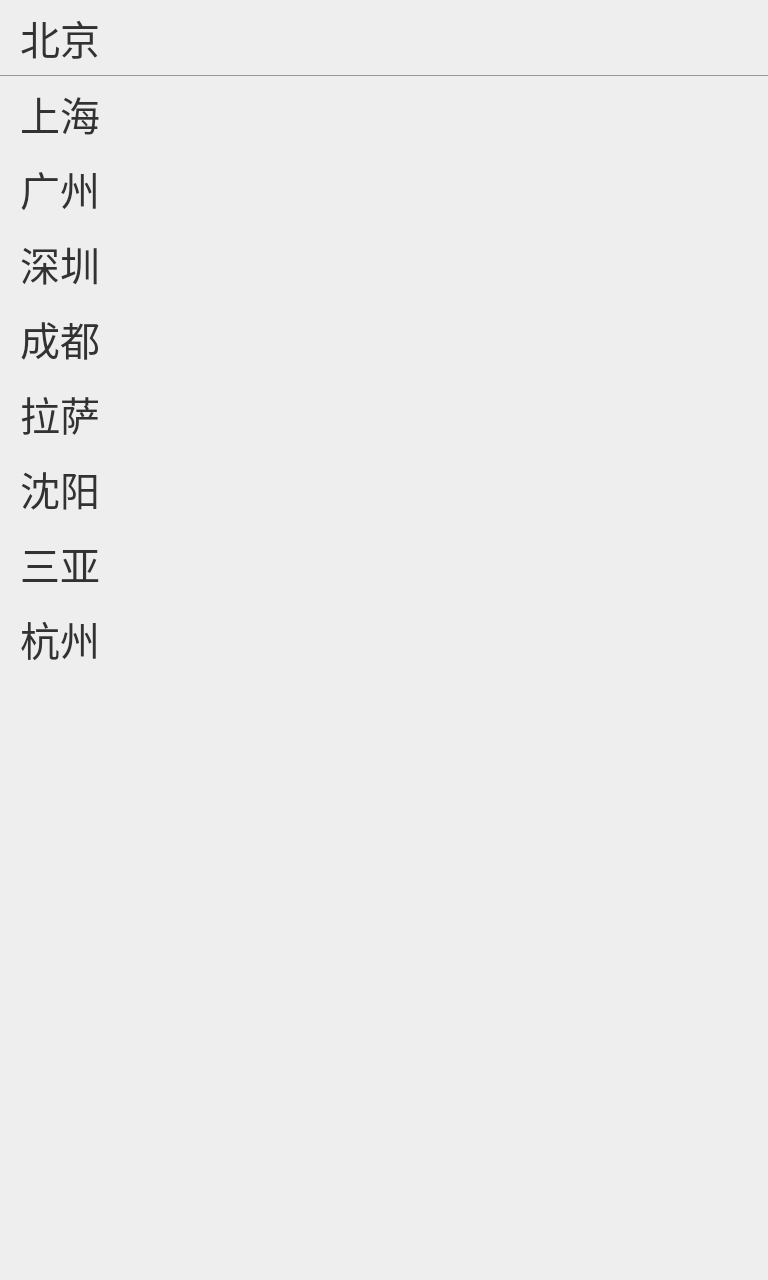
Repository: xuelang201201/Android
Layout: Android网络/天气预报/res/layout/menu.xml
The author's editor kept a copy of each file at every save. The layout is drawn from the files as they stood at one save, then again after the next save.
It is drawn on a 768 x 1280 px phone screen (xhdpi) without system bars, with theme AppBaseTheme; the app's code is not run.

Above is the layout before, as saved 2016-03-30 07:12:13.

### Android网络/天气预报/res/layout/menu.xml
<?xml version="1.0" encoding="utf-8"?>
<LinearLayout xmlns:android="http://schemas.android.com/apk/res/android"
    android:layout_width="match_parent"
    android:layout_height="match_parent"
    android:background="#eeeeee"
    android:orientation="vertical" >

    <TextView
        android:id="@+id/tv_menu_bj"
        android:layout_width="match_parent"
        android:layout_height="wrap_content"
        android:clickable="true"
        android:onClick="setCity"
        android:paddingBottom="4dp"
        android:paddingLeft="10dp"
        android:paddingTop="4dp"
        android:text="北京"
        android:textSize="20sp" />

    <TextView
        android:background="#999999"
        android:layout_width="match_parent"
        android:layout_height="0.5dp" />

    <TextView
        android:id="@+id/tv_menu_sh"
        android:layout_width="match_parent"
        android:layout_height="wrap_content"
        android:clickable="true"
        android:onClick="setCity"
        android:paddingBottom="4dp"
        android:paddingLeft="10dp"
        android:paddingTop="4dp"
        android:text="上海"
        android:textSize="20sp" />

    <TextView
        android:id="@+id/tv_menu_gz"
        android:layout_width="match_parent"
        android:layout_height="wrap_content"
        android:clickable="true"
        android:onClick="setCity"
        android:paddingBottom="4dp"
        android:paddingLeft="10dp"
        android:paddingTop="4dp"
        android:text="广州"
        android:textSize="20sp" />

    <TextView
        android:id="@+id/tv_menu_sz"
        android:layout_width="match_parent"
        android:layout_height="wrap_content"
        android:clickable="true"
        android:onClick="setCity"
        android:paddingBottom="4dp"
        android:paddingLeft="10dp"
        android:paddingTop="4dp"
        android:text="深圳"
        android:textSize="20sp" />

    <TextView
        android:id="@+id/tv_menu_cd"
        android:layout_width="match_parent"
        android:layout_height="wrap_content"
        android:clickable="true"
        android:onClick="setCity"
        android:paddingBottom="4dp"
        android:paddingLeft="10dp"
        android:paddingTop="4dp"
        android:text="成都"
        android:textSize="20sp" />

    <TextView
        android:id="@+id/tv_menu_ls"
        android:layout_width="match_parent"
        android:layout_height="wrap_content"
        android:clickable="true"
        android:onClick="setCity"
        android:paddingBottom="4dp"
        android:paddingLeft="10dp"
        android:paddingTop="4dp"
        android:text="拉萨"
        android:textSize="20sp" />

    <TextView
        android:id="@+id/tv_menu_sy"
        android:layout_width="match_parent"
        android:layout_height="wrap_content"
        android:clickable="true"
        android:onClick="setCity"
        android:paddingBottom="4dp"
        android:paddingLeft="10dp"
        android:paddingTop="4dp"
        android:text="沈阳"
        android:textSize="20sp" />

    <TextView
        android:id="@+id/tv_menu_sanya"
        android:layout_width="match_parent"
        android:layout_height="wrap_content"
        android:clickable="true"
        android:onClick="setCity"
        android:paddingBottom="4dp"
        android:paddingLeft="10dp"
        android:paddingTop="4dp"
        android:text="三亚"
        android:textSize="20sp" />

    <TextView
        android:id="@+id/tv_menu_hz"
        android:layout_width="match_parent"
        android:layout_height="wrap_content"
        android:clickable="true"
        android:onClick="setCity"
        android:paddingBottom="4dp"
        android:paddingLeft="10dp"
        android:paddingTop="4dp"
        android:text="杭州"
        android:textSize="20sp" />

</LinearLayout>

Loaded but not shown: Android网络/天气预报/res/values-v11/styles.xml (common file); Android网络/天气预报/res/values-v14/styles.xml (common file); Android网络/天气预报/res/values/styles.xml (common file)

After the next save:
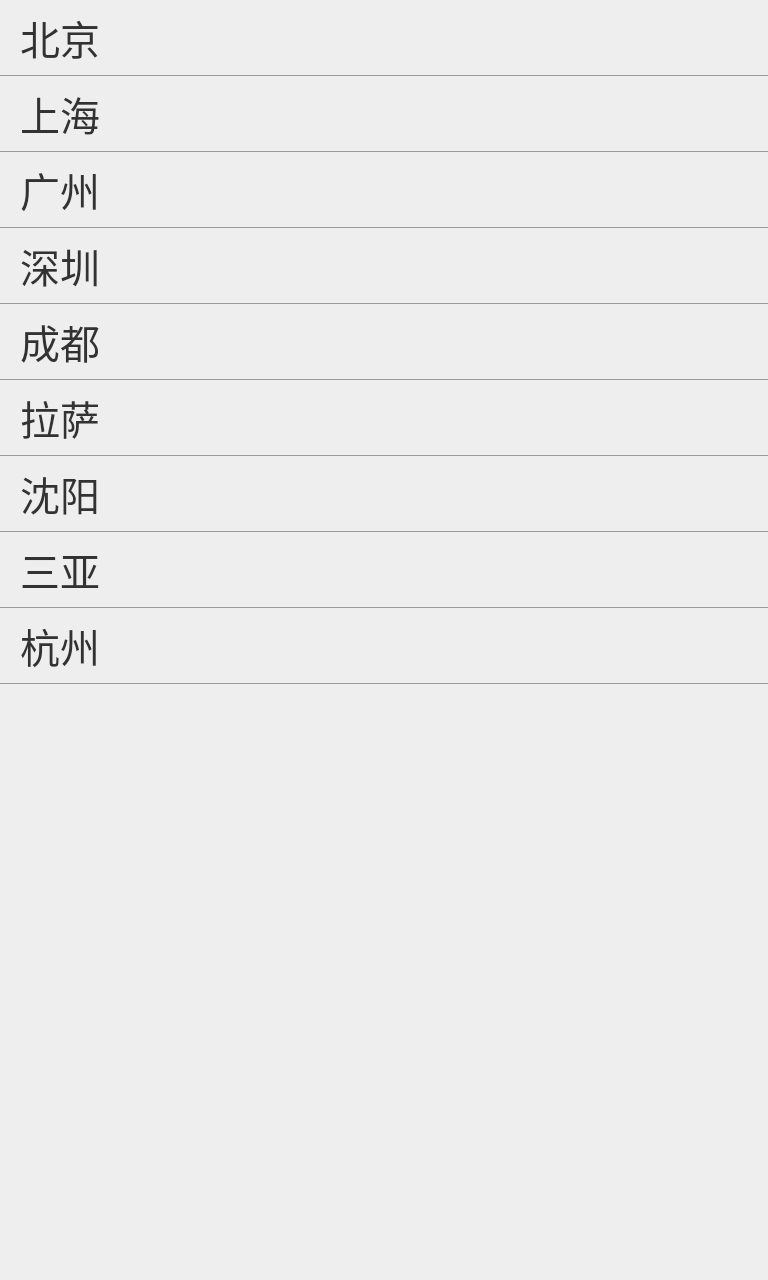
Saved 36 s later.
--- a/Android网络/天气预报/res/layout/menu.xml
+++ b/Android网络/天气预报/res/layout/menu.xml
@@ -18,9 +18,9 @@
         android:textSize="20sp" />
 
     <TextView
-        android:background="#999999"
         android:layout_width="match_parent"
-        android:layout_height="0.5dp" />
+        android:layout_height="0.5dp"
+        android:background="#999999" />
 
     <TextView
         android:id="@+id/tv_menu_sh"
@@ -35,6 +35,11 @@
         android:textSize="20sp" />
 
     <TextView
+        android:layout_width="match_parent"
+        android:layout_height="0.5dp"
+        android:background="#999999" />
+
+    <TextView
         android:id="@+id/tv_menu_gz"
         android:layout_width="match_parent"
         android:layout_height="wrap_content"
@@ -45,6 +50,11 @@
         android:paddingTop="4dp"
         android:text="广州"
         android:textSize="20sp" />
+
+    <TextView
+        android:layout_width="match_parent"
+        android:layout_height="0.5dp"
+        android:background="#999999" />
 
     <TextView
         android:id="@+id/tv_menu_sz"
@@ -59,6 +69,11 @@
         android:textSize="20sp" />
 
     <TextView
+        android:layout_width="match_parent"
+        android:layout_height="0.5dp"
+        android:background="#999999" />
+
+    <TextView
         android:id="@+id/tv_menu_cd"
         android:layout_width="match_parent"
         android:layout_height="wrap_content"
@@ -69,6 +84,11 @@
         android:paddingTop="4dp"
         android:text="成都"
         android:textSize="20sp" />
+
+    <TextView
+        android:layout_width="match_parent"
+        android:layout_height="0.5dp"
+        android:background="#999999" />
 
     <TextView
         android:id="@+id/tv_menu_ls"
@@ -83,6 +103,11 @@
         android:textSize="20sp" />
 
     <TextView
+        android:layout_width="match_parent"
+        android:layout_height="0.5dp"
+        android:background="#999999" />
+
+    <TextView
         android:id="@+id/tv_menu_sy"
         android:layout_width="match_parent"
         android:layout_height="wrap_content"
@@ -93,6 +118,11 @@
         android:paddingTop="4dp"
         android:text="沈阳"
         android:textSize="20sp" />
+
+    <TextView
+        android:layout_width="match_parent"
+        android:layout_height="0.5dp"
+        android:background="#999999" />
 
     <TextView
         android:id="@+id/tv_menu_sanya"
@@ -107,6 +137,11 @@
         android:textSize="20sp" />
 
     <TextView
+        android:layout_width="match_parent"
+        android:layout_height="0.5dp"
+        android:background="#999999" />
+
+    <TextView
         android:id="@+id/tv_menu_hz"
         android:layout_width="match_parent"
         android:layout_height="wrap_content"
@@ -118,4 +153,9 @@
         android:text="杭州"
         android:textSize="20sp" />
 
+    <TextView
+        android:layout_width="match_parent"
+        android:layout_height="0.5dp"
+        android:background="#999999" />
+
 </LinearLayout>
